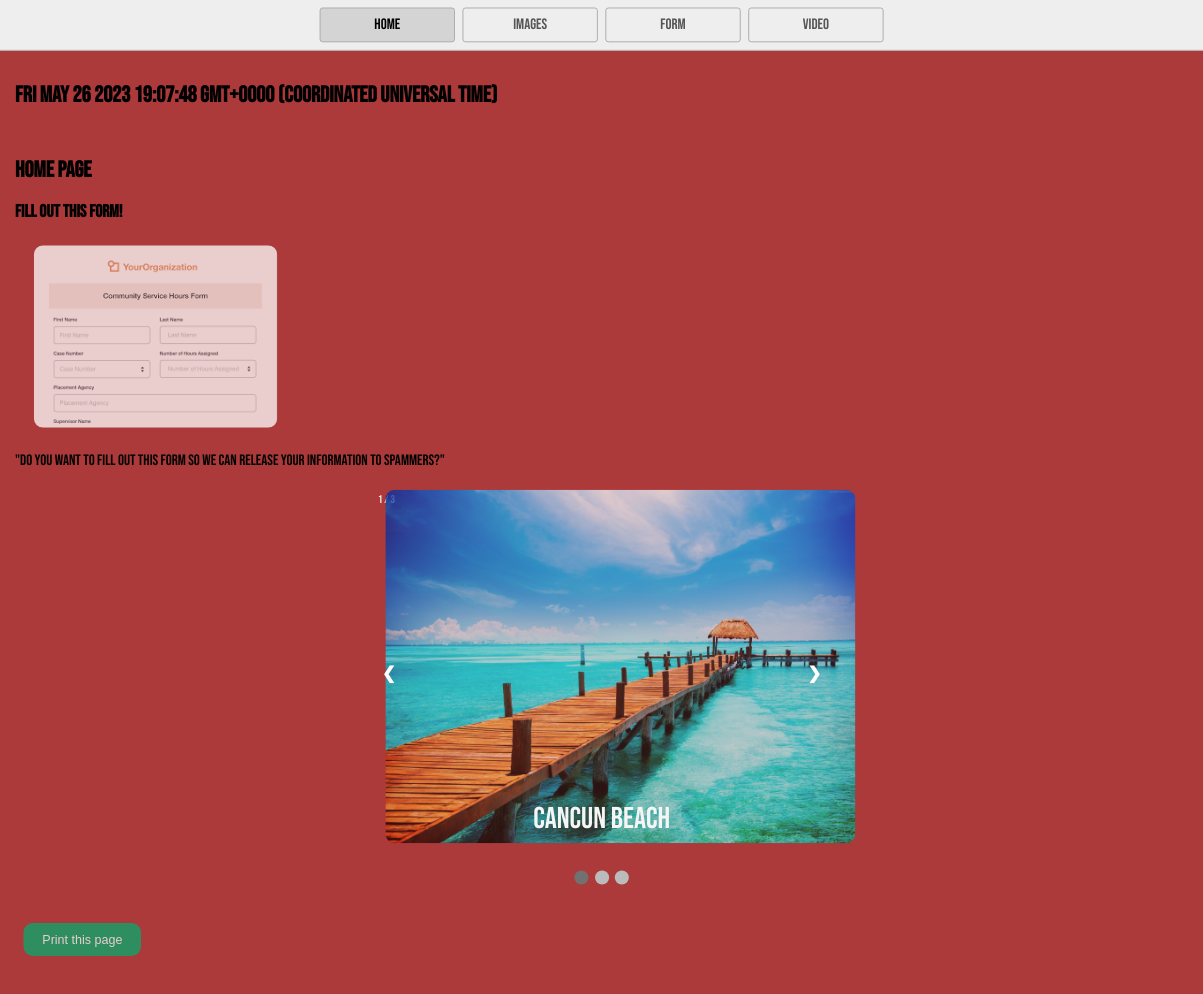
Repository: sebas6292/palmTree-Final
Page: Home.html
An editor plug-in stored every save of this project. The page is shown before and after the next save, followed by the edit.
The browser window is 1280 px wide. The pictures show the whole page, at 94% of full size.

Above is the page before, as saved 2023-06-04 13:42:58.

After the next save:
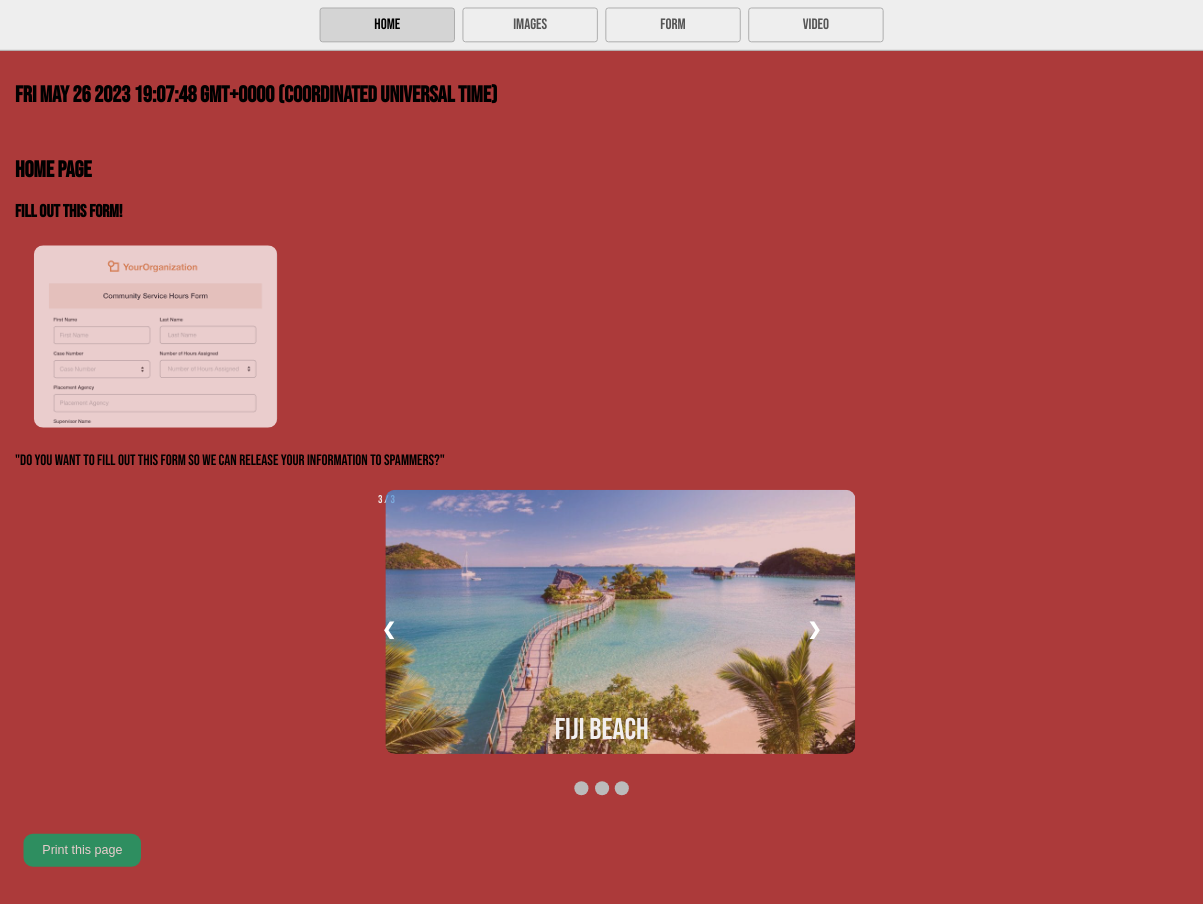
Saved 3 min 32 s later.
--- a/script.js
+++ b/script.js
@@ -1,31 +1,46 @@
 const displayDate = document.getElementById("currentDate");
 displayDate.innerHTML = Date();
 
-let slideIndex = 1;
-showSlides(slideIndex);
+// let slideIndex = 1;
+// showSlides(slideIndex);
 
-// Next/previous controls
-function plusSlides(n) {
-  showSlides(slideIndex += n);
-}
+// // Next/previous controls
+// function plusSlides(n) {
+//   showSlides(slideIndex += n);
+// }
 
-// Thumbnail image controls
-function currentSlide(n) {
-  showSlides(slideIndex = n);
-}
+// // Thumbnail image controls
+// function currentSlide(n) {
+//   showSlides(slideIndex = n);
+// }
 
-function showSlides(n) {
+// function showSlides(n) {
+//   let i;
+//   let slides = document.getElementsByClassName("mySlides");
+//   let dots = document.getElementsByClassName("dot");
+//   if (n > slides.length) {slideIndex = 1}
+//   if (n < 1) {slideIndex = slides.length}
+//   for (i = 0; i < slides.length; i++) {
+//     slides[i].style.display = "none";
+//   }
+//   for (i = 0; i < dots.length; i++) {
+//     dots[i].className = dots[i].className.replace(" active", "");
+//   }
+//   slides[slideIndex-1].style.display = "block";
+//   dots[slideIndex-1].className += " active";
+// }
+
+let slideIndex = 0;
+showSlides();
+
+function showSlides() {
   let i;
   let slides = document.getElementsByClassName("mySlides");
-  let dots = document.getElementsByClassName("dot");
-  if (n > slides.length) {slideIndex = 1}
-  if (n < 1) {slideIndex = slides.length}
   for (i = 0; i < slides.length; i++) {
     slides[i].style.display = "none";
   }
-  for (i = 0; i < dots.length; i++) {
-    dots[i].className = dots[i].className.replace(" active", "");
-  }
+  slideIndex++;
+  if (slideIndex > slides.length) {slideIndex = 1}
   slides[slideIndex-1].style.display = "block";
-  dots[slideIndex-1].className += " active";
+  setTimeout(showSlides, 2000); // Change image every 2 seconds
 }
